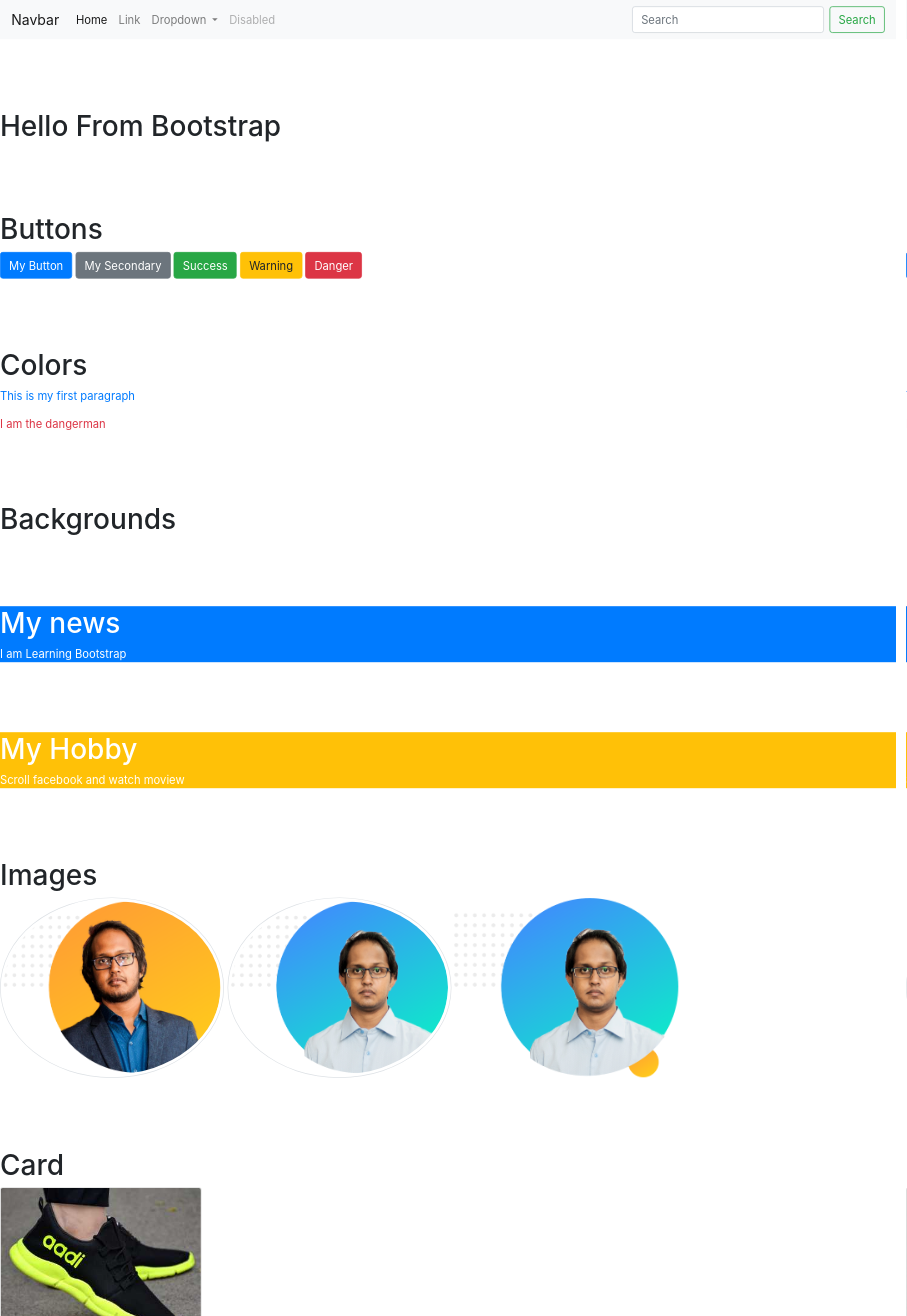
Repository: mohsinfarabi/bootstrap-practice
Page: index.html
The author's editor kept a copy of each file at every save. The page is drawn from the files as they stood at one save, then again after the next save.
The browser window is 1280 px wide. The page is 1295 px wide, so the pictures cover 1295 px, including what lies to the right of the window. The pictures show the part of the page from y = 0 to 1880 px (the page is 3117 px tall before and 3061 px after), at 70% of full size.

Above is the page before, as saved 2020-07-06 03:25:29.

### index.html
<!DOCTYPE html>
<html lang="en">

<head>
    <meta charset="UTF-8">
    <meta name="viewport" content="width=device-width, initial-scale=1.0">
    <title>Document</title>
    <link rel="stylesheet" href="css\bootstrap\css\bootstrap.min.css">
    <style>
        h1 {
            margin-top: 100px;
        }
    </style>
</head>

<body>
    <nav class="navbar navbar-expand-lg navbar-light bg-light">
        <a class="navbar-brand" href="#">Navbar</a>
        <button class="navbar-toggler" type="button" data-toggle="collapse" data-target="#navbarSupportedContent" aria-controls="navbarSupportedContent" aria-expanded="false" aria-label="Toggle navigation">
          <span class="navbar-toggler-icon"></span>
        </button>

        <div class="collapse navbar-collapse" id="navbarSupportedContent">
            <ul class="navbar-nav mr-auto">
                <li class="nav-item active">
                    <a class="nav-link" href="#">Home <span class="sr-only">(current)</span></a>
                </li>
                <li class="nav-item">
                    <a class="nav-link" href="#">Link</a>
                </li>
                <li class="nav-item dropdown">
                    <a class="nav-link dropdown-toggle" href="#" id="navbarDropdown" role="button" data-toggle="dropdown" aria-haspopup="true" aria-expanded="false">
                Dropdown
              </a>
                    <div class="dropdown-menu" aria-labelledby="navbarDropdown">
                        <a class="dropdown-item" href="#">Action</a>
                        <a class="dropdown-item" href="#">Another action</a>
                        <div class="dropdown-divider"></div>
                        <a class="dropdown-item" href="#">Something else here</a>
                    </div>
                </li>
                <li class="nav-item">
                    <a class="nav-link disabled" href="#" tabindex="-1" aria-disabled="true">Disabled</a>
                </li>
            </ul>
            <form class="form-inline my-2 my-lg-0">
                <input class="form-control mr-sm-2" type="search" placeholder="Search" aria-label="Search">
                <button class="btn btn-outline-success my-2 my-sm-0" type="submit">Search</button>
            </form>
        </div>
    </nav>
    <h1>Hello From Bootstrap</h1>
    <h1>Buttons</h1>
    <button class="btn btn-primary">My Button</button>
    <button class="btn btn-secondary">My Secondary</button>
    <button class="btn btn-success">Success</button>
    <button class="btn btn-warning">Warning</button>
    <button class="btn btn-danger">Danger</button>

    <h1>Colors</h1>
    <p class="text-primary">This is my first paragraph</p>
    <p class="text-danger">I am the dangerman</p>

    <h1>Backgrounds</h1>
    <div class="bg-primary text-white">
        <h1>My news</h1>
        <p>I am Learning Bootstrap</p>
    </div>
    <div class="bg-warning text-white">
        <h1>My Hobby</h1>
        <p>Scroll facebook and watch moview</p>
    </div>

    <h1>Images</h1>
    <img src="images/profile1.png" class="img-fluid w-25 rounded-circle img-thumbnail" alt="">
    <img src="images/profile2.png" class="img-fluid w-25 rounded-circle img-thumbnail" alt="">
    <img src="images/profile2.png" class="img-fluid w-25" alt="">

    <h1>Card</h1>
    <div class="card" style="width: 18rem;">
        <img src="images/card1.jpeg" class="card-img-top" alt="...">
        <div class="card-body">
            <h5 class="card-title">New Designer Shoe</h5>
            <p class="card-text">Some quick example text to build on the card title and make up the bulk of the card's content.</p>
            <a href="#" class="btn btn-primary">Buy Now</a>
        </div>
    </div>
    <h1>Card Deck</h1>
    <div class="card-deck">
        <div class="card">
            <img src="images/card1.jpeg" class="card-img-top" alt="...">
            <div class="card-body">
                <h5 class="card-title">Card title</h5>
                <p class="card-text">This is a longer card with supporting text below as a natural lead-in to additional content. This content is a little bit longer.</p>
                <p class="card-text"><small class="text-muted">Last updated 3 mins ago</small></p>
            </div>
        </div>
        <div class="card">
            <img src="images/card2.jpeg" class="card-img-top" alt="...">
            <div class="card-body">
                <h5 class="card-title">Card title</h5>
                <p class="card-text">This card has supporting text below as a natural lead-in to additional content.</p>
                <p class="card-text"><small class="text-muted">Last updated 3 mins ago</small></p>
            </div>
        </div>
        <div class="card">
            <img src="images/card4.jpg" class="card-img-top" alt="...">
            <div class="card-body">
                <h5 class="card-title">Card title</h5>
                <p class="card-text">This is a wider card with supporting text below as a natural lead-in to additional content. This card has even longer content than the first to show that equal height action.</p>
                <p class="card-text"><small class="text-muted">Last updated 3 mins ago</small></p>
            </div>
        </div>
    </div>
    <h1>Navigation</h1>
    <nav class="nav">
        <a class="nav-link" href="">Home</a>
        <a class="nav-link" href="">Products</a>
        <a class="nav-link" href="">Shopping Cart</a>
        <a class="nav-link" href="">Shipping</a>
    </nav>
    <script src="https://code.jquery.com/jquery-3.5.1.slim.min.js" integrity="sha384-DfXdz2htPH0lsSSs5nCTpuj/zy4C+OGpamoFVy38MVBnE+IbbVYUew+OrCXaRkfj" crossorigin="anonymous"></script>
    <script src="https://cdn.jsdelivr.net/npm/popper.js@1.16.0/dist/umd/popper.min.js" integrity="sha384-Q6E9RHvbIyZFJoft+2mJbHaEWldlvI9IOYy5n3zV9zzTtmI3UksdQRVvoxMfooAo" crossorigin="anonymous"></script>
    <script src="https://stackpath.bootstrapcdn.com/bootstrap/4.5.0/js/bootstrap.min.js" integrity="sha384-OgVRvuATP1z7JjHLkuOU7Xw704+h835Lr+6QL9UvYjZE3Ipu6Tp75j7Bh/kR0JKI" crossorigin="anonymous"></script>
</body>

</html>

Loaded but not shown: css/bootstrap/css/bootstrap.min.css (library)

After the next save:
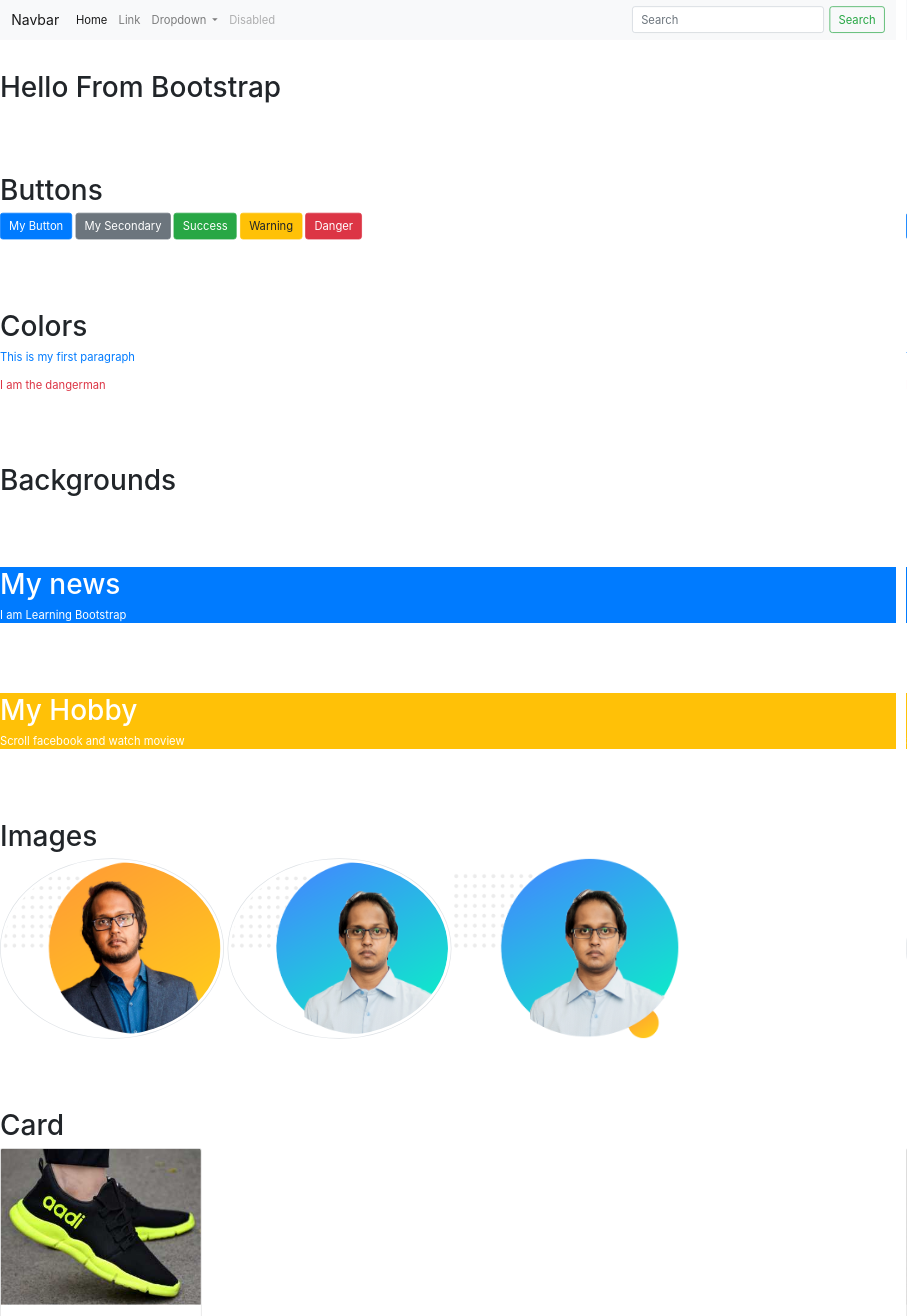
Saved 2 min 26 s later.
--- a/index.html
+++ b/index.html
@@ -14,7 +14,7 @@
 </head>
 
 <body>
-    <nav class="navbar navbar-expand-lg navbar-light bg-light">
+    <nav class="navbar navbar-expand-lg fixed-top navbar-light bg-light">
         <a class="navbar-brand" href="#">Navbar</a>
         <button class="navbar-toggler" type="button" data-toggle="collapse" data-target="#navbarSupportedContent" aria-controls="navbarSupportedContent" aria-expanded="false" aria-label="Toggle navigation">
           <span class="navbar-toggler-icon"></span>
